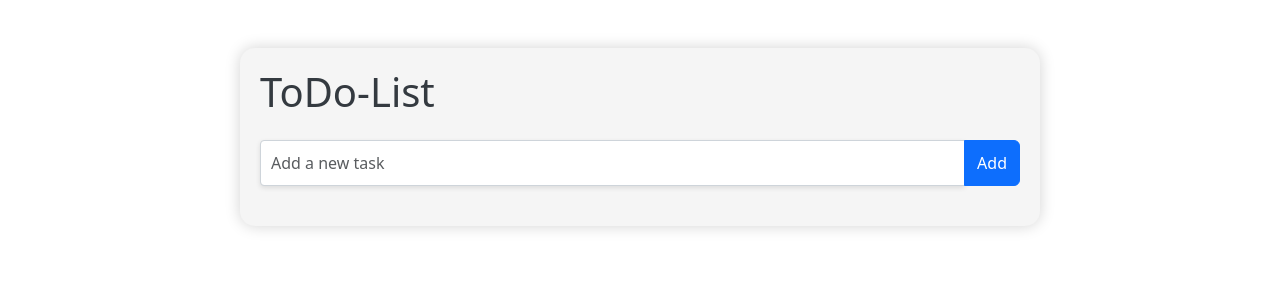
Repository: AkshatKapo/Todolist-React-app
Page: /
An editor plug-in stored every save of this project. The page is shown before and after the next save, followed by the edit.
The browser window is 1280 px wide. The pictures show the whole page.
The project was rebuilt for these pictures with package versions that can differ from the ones it lists, and the page was loaded fresh each time. Also part of the build but not shown: vite.config.js, src/App.css, src/index.css.

Above is the page before, as saved 2024-06-20 15:46:58.

After the next save:
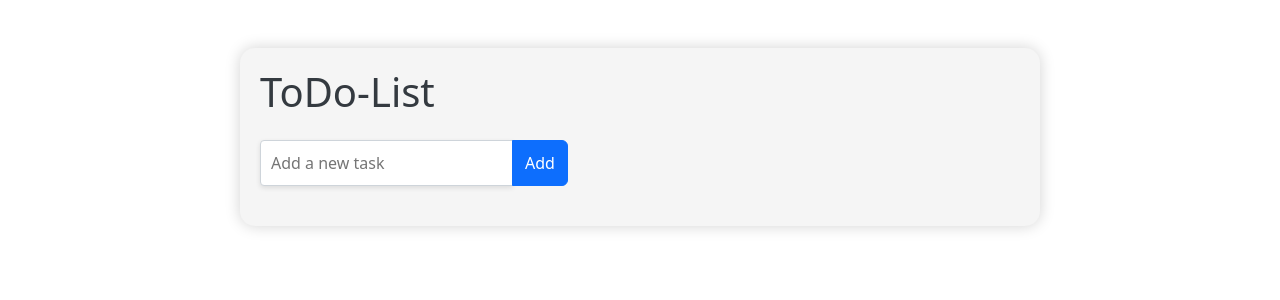
Saved 8 s later.
--- a/src/TodoList.jsx
+++ b/src/TodoList.jsx
@@ -28,7 +28,7 @@ const TodoList = () => {
       <div className="input-group">
         <input
           type="text"
-          className="form-control input-field"
+          className="input-field"
           value={input}
           onChange={handleInputChange}
           placeholder="Add a new task"
